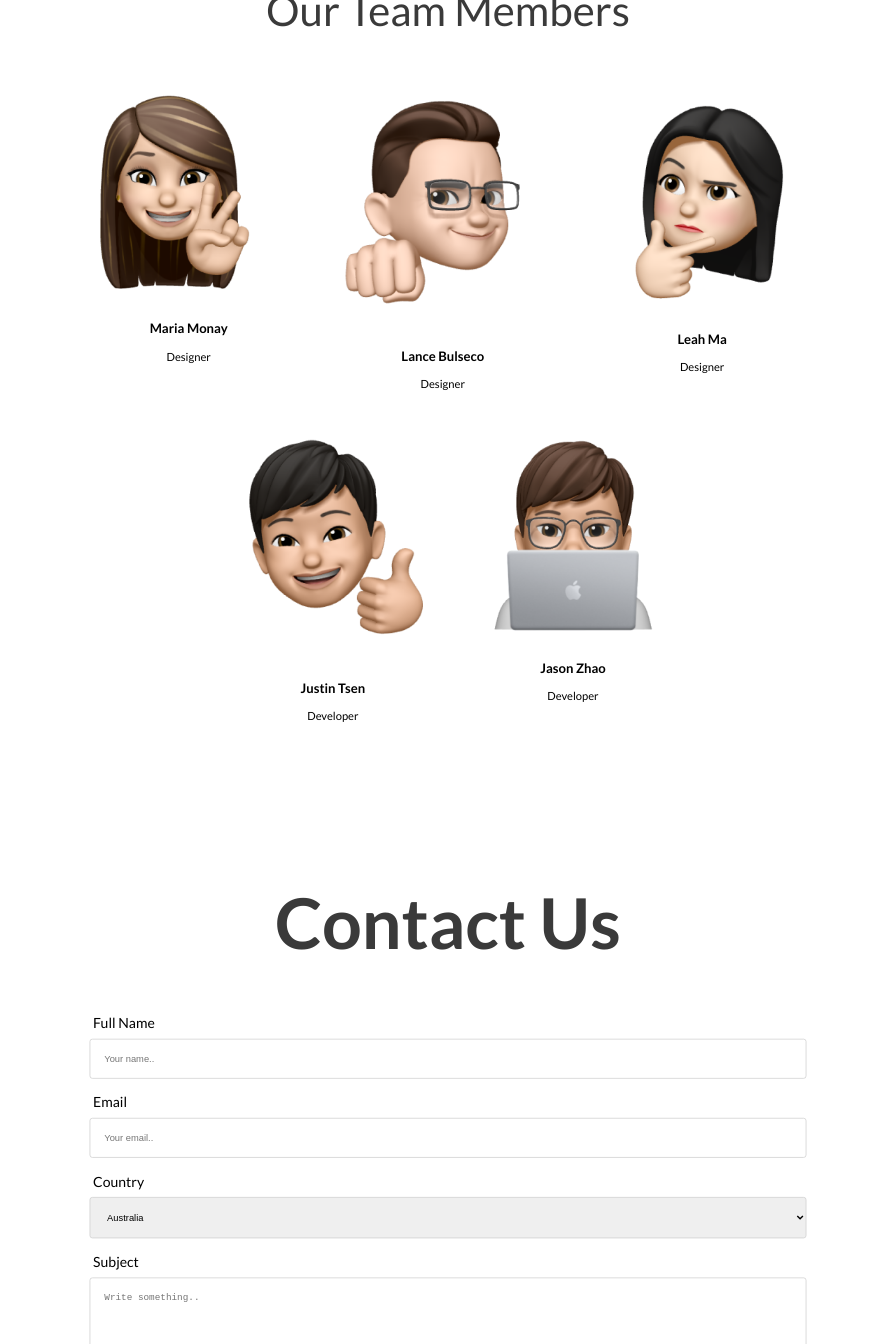
Repository: leahma1208/dinemaster
Page: index.html
These files come from the project's save history. The page is drawn as it stood at one moment and after the next save; the edit follows.
The browser window is 1280 px wide. The pictures show the part of the page from y = 4580 to 6500 px (the page is 7002 px tall), at 70% of full size.
A picture or video elsewhere on the page could not be fetched, so the positions and the page height are approximate.

Above is the page before, as saved 2021-05-07 13:30:14.

After the next save:
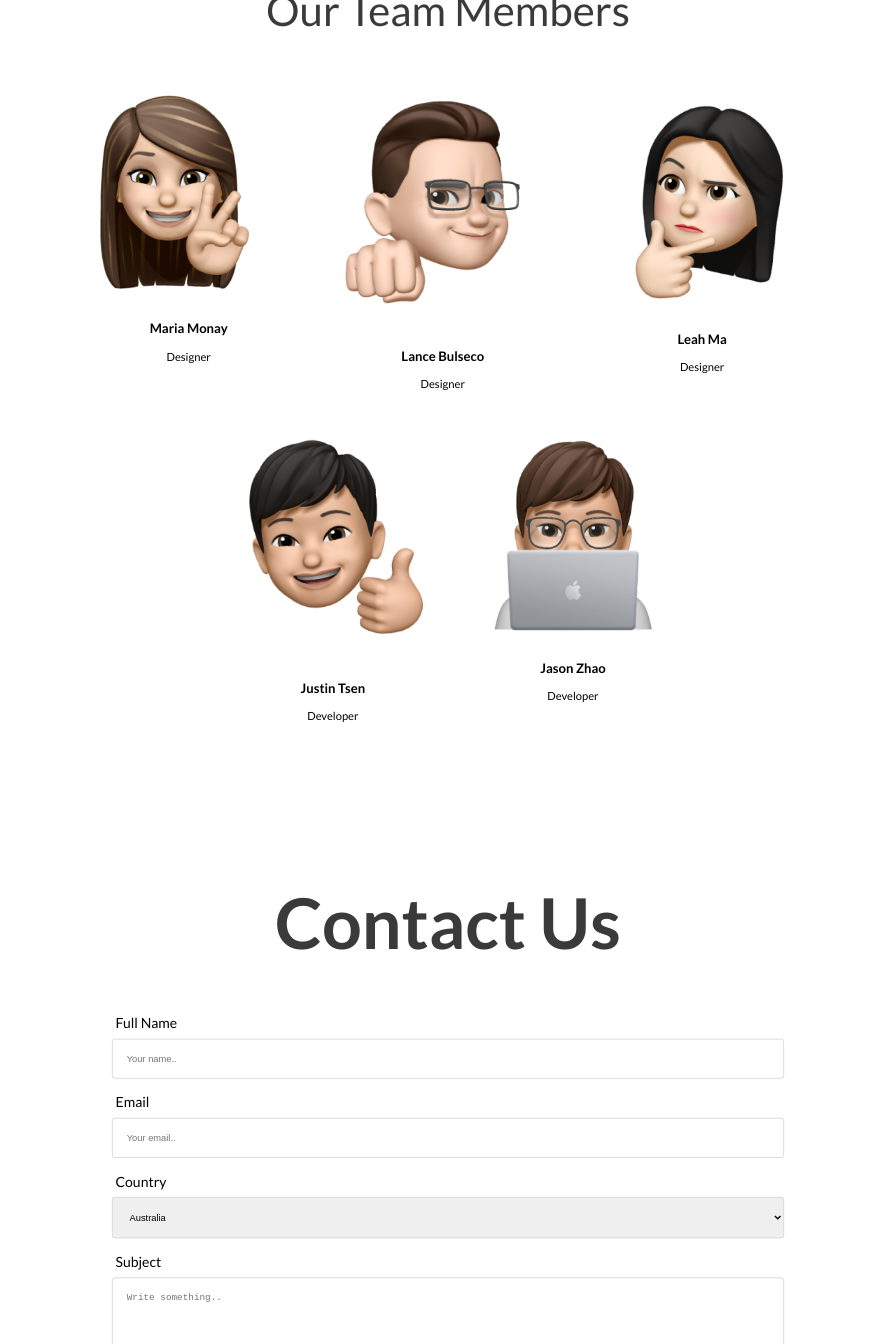
Saved 16 s later.
--- a/style.css
+++ b/style.css
@@ -167,7 +167,7 @@
 /*==========Contact==============*/
 
 .contact-cont {
-  width: 80vw;
+  width: 75vw;
   margin: auto;
   margin-top: 200px;
   margin-bottom: 200px;
